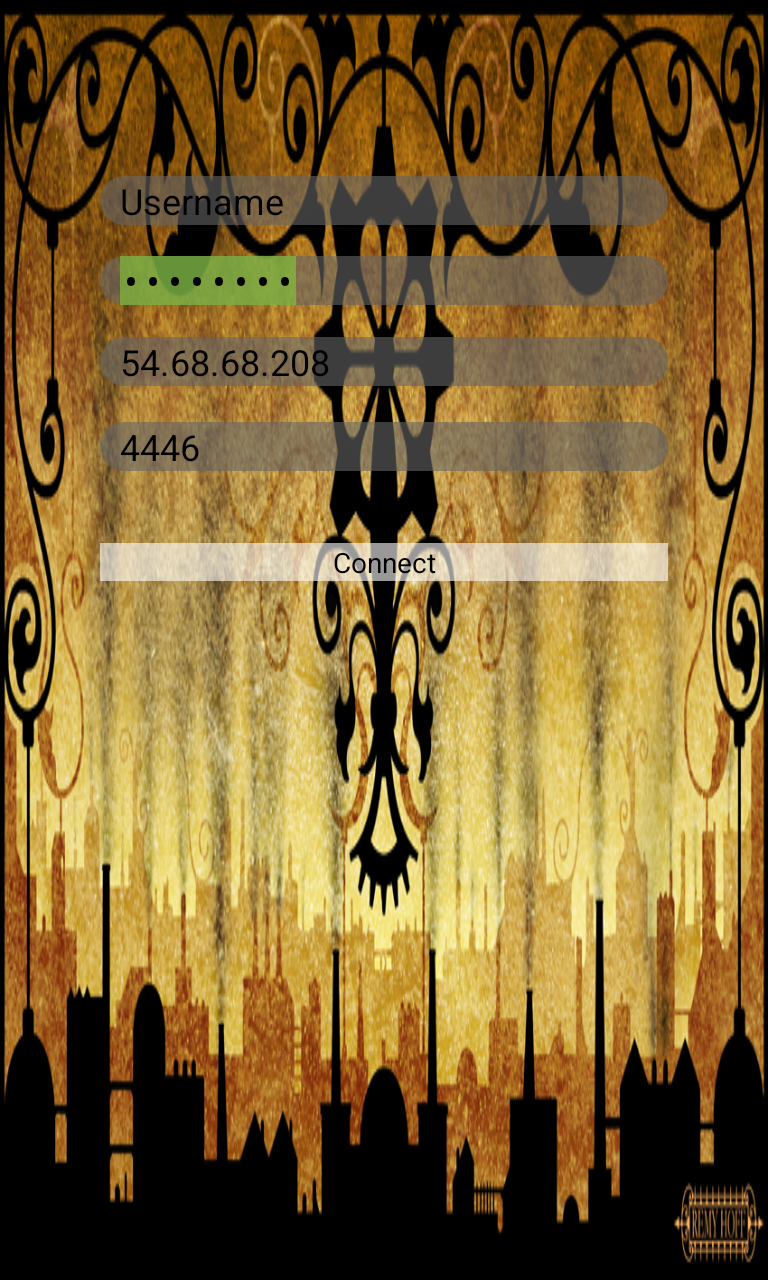
Repository: jkrepps/CSCE-482
Layout: Mobile Client (eclipse)/Industry of Deciet/res/layout/mains.xml
An editor plug-in stored every save of this project. The layout is shown before and after the next save, followed by the edit.
It is drawn on a 768 x 1280 px phone screen (xhdpi) without system bars, with theme AppTheme; the app's code is not run.

Above is the layout before, as saved 2014-12-03 10:52:52.

### Mobile Client (eclipse)/Industry of Deciet/res/layout/mains.xml
<?xml version="1.0" encoding="utf-8"?>
<FrameLayout xmlns:android="http://schemas.android.com/apk/res/android"
    android:layout_width="match_parent"
    android:layout_height="match_parent"
    android:background="@drawable/background_opening"
    android:theme="@android:style/Theme.NoTitleBar"
    >

    <!-- android:background="#0099cc"
         The primary full-screen view. This can be replaced with whatever view
         is needed to present your content, e.g. VideoView, SurfaceView,
         TextureView, etc.

    -->

    <!--
         This FrameLayout insets its children based on system windows using
         android:fitsSystemWindows.
    -->

    <RelativeLayout
        android:layout_width="match_parent"
        android:layout_height="match_parent"
        android:paddingLeft="50dp"
        android:paddingRight="50dp" >

        <EditText
            android:id="@+id/editText3"
            android:layout_width="match_parent"
            android:layout_height="wrap_content"
            android:layout_alignParentLeft="true"
            android:layout_below="@+id/editText2"
            android:layout_marginTop="16dp"
            android:background="@drawable/roundededittext"
            android:ems="10"
            android:inputType="textPersonName"
            android:paddingLeft="10dp"
            android:text="@string/IP"
            android:textColor="#FF000000" />

        <EditText
            android:id="@+id/editText4"
            android:layout_width="match_parent"
            android:layout_height="wrap_content"
            android:layout_alignParentLeft="true"
            android:layout_below="@+id/editText3"
            android:layout_marginTop="18dp"
            android:background="@drawable/roundededittext"
            android:ems="10"
            android:inputType="textPersonName"
            android:paddingLeft="10dp"
            android:text="@string/Port"
            android:textColor="#FF000000" />

        <EditText
            android:id="@+id/editText2"
            android:layout_width="match_parent"
            android:layout_height="wrap_content"
            android:layout_alignParentLeft="true"
            android:layout_alignParentTop="true"
            android:layout_marginTop="128dp"
            android:background="@drawable/roundededittext"
            android:ems="10"
            android:inputType="textPassword"
            android:paddingLeft="10dp"
            android:selectAllOnFocus="true"
            android:text="Password"
            android:textColor="#FF000000" >

            <requestFocus />
        </EditText>

        <Button
            android:id="@+id/button1"
            android:layout_width="match_parent"
            android:layout_height="wrap_content"
            android:layout_alignParentLeft="true"
            android:layout_below="@+id/editText4"
            android:layout_marginTop="36dp"
            android:background="#99FFFFFF"
            android:text="@string/button_main_menu"
            android:textColor="#FF000000" />

        <EditText
            android:id="@+id/editText1"
            android:layout_width="match_parent"
            android:layout_height="wrap_content"
            android:layout_alignBottom="@+id/editText2"
            android:layout_alignParentLeft="true"
            android:layout_marginBottom="40dp"
            android:background="@drawable/roundededittext"
            android:ems="10"
            android:inputType="textPersonName"
            android:paddingLeft="10dp"
            android:selectAllOnFocus="true"
            android:text="Username"
            android:textColor="#FF000000" />

    </RelativeLayout>

</FrameLayout>

### Mobile Client (eclipse)/Industry of Deciet/res/drawable-hdpi/roundededittext.xml
<?xml version="1.0" encoding="utf-8"?>
<!--  res/drawable/rounded_edittext.xml -->
<shape xmlns:android="http://schemas.android.com/apk/res/android"
android:shape="rectangle" android:padding="10dp">
 <solid android:color="#99676767"/>
    <corners
     android:bottomRightRadius="15dp"
     android:bottomLeftRadius="15dp"
  android:topLeftRadius="15dp"
  android:topRightRadius="15dp"/>
</shape>

### Mobile Client (eclipse)/Industry of Deciet/res/values/strings.xml
<?xml version="1.0" encoding="utf-8"?>
<resources>

    <string name="app_name">Industry of Deceit</string>
    <string name="dummy_button">Dummy Button</string>
    <string name="dummy_content">DUMMY\nCONTENT</string>
    <string name="hello_world">Hello world!</string>
    <string name="userText">Enter Text </string>
    <string name="menu_settings">Settings</string>
    <string name="username">yo</string>
    <string name="password">hihi</string>
    <string name="IP">54.68.68.208 </string>
    <string name="Port">4446 </string>
    <string name="button_main_menu">Connect</string>
    <string name="Centered"></string>

</resources>

Loaded but not shown: Mobile Client (eclipse)/Industry of Deciet/res/values/styles.xml (common file); Mobile Client (eclipse)/Industry of Deciet/res/values-v11/styles.xml (common file); Mobile Client (eclipse)/Industry of Deciet/res/values-v14/styles.xml (common file)

After the next save:
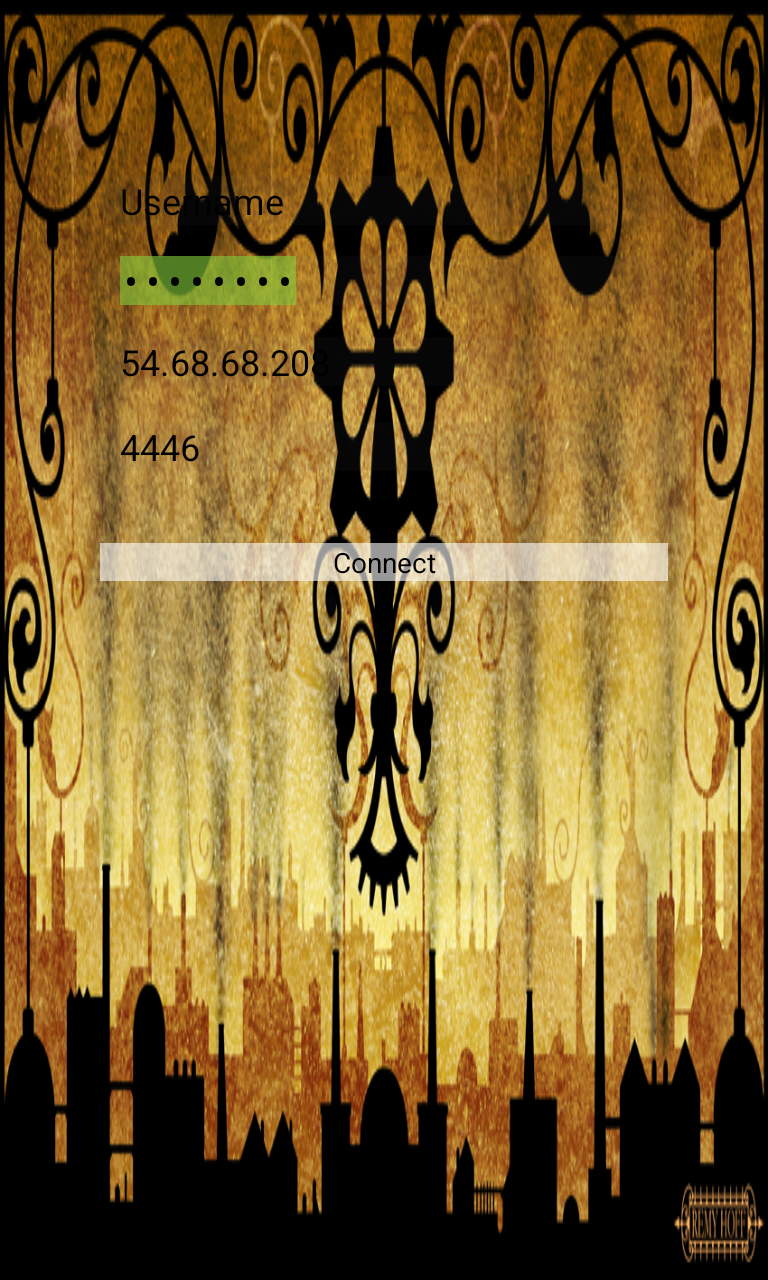
Saved 10 s later.
--- a/Mobile Client (eclipse)/Industry of Deciet/res/drawable-hdpi/roundededittext.xml
+++ b/Mobile Client (eclipse)/Industry of Deciet/res/drawable-hdpi/roundededittext.xml
@@ -2,7 +2,7 @@
 <!--  res/drawable/rounded_edittext.xml -->
 <shape xmlns:android="http://schemas.android.com/apk/res/android"
 android:shape="rectangle" android:padding="10dp">
- <solid android:color="#99676767"/>
+ <solid android:color="#10676767"/>
     <corners
      android:bottomRightRadius="15dp"
      android:bottomLeftRadius="15dp"

After the save that followed:
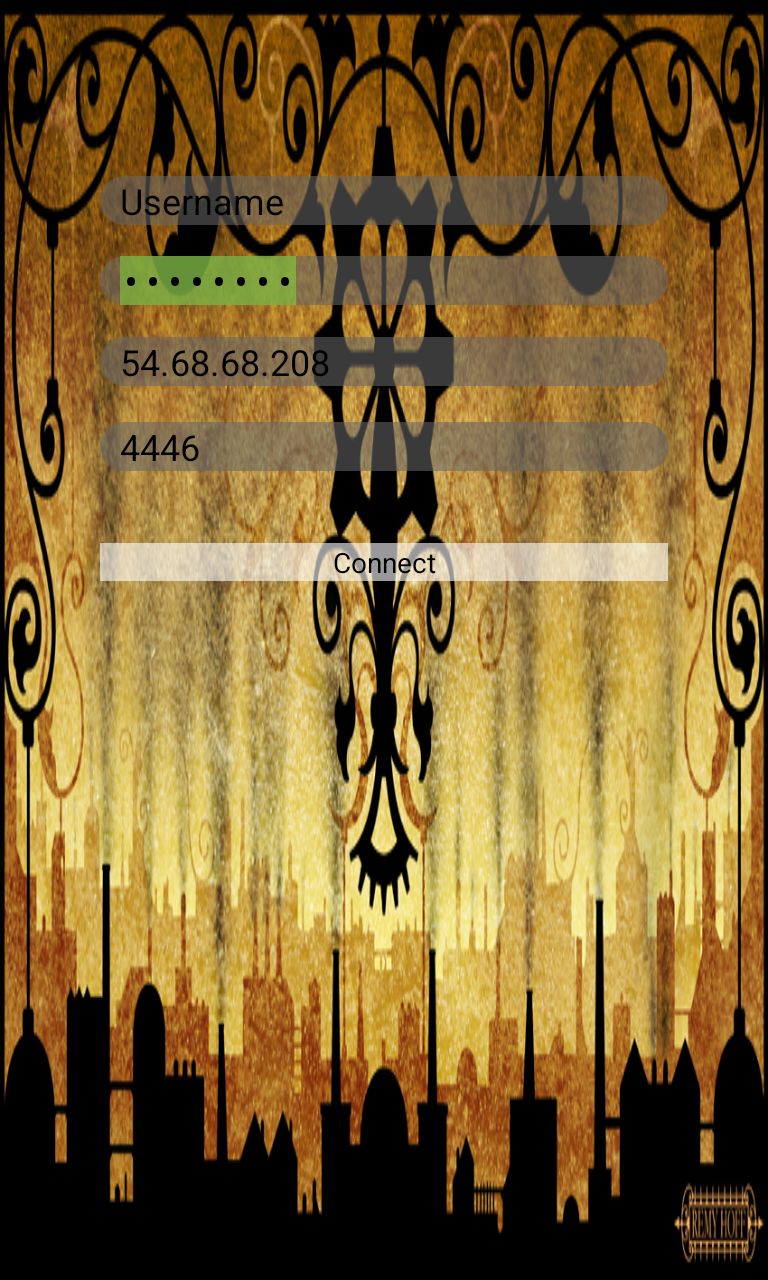
Saved 9 s later.
--- a/Mobile Client (eclipse)/Industry of Deciet/res/drawable-hdpi/roundededittext.xml
+++ b/Mobile Client (eclipse)/Industry of Deciet/res/drawable-hdpi/roundededittext.xml
@@ -2,7 +2,7 @@
 <!--  res/drawable/rounded_edittext.xml -->
 <shape xmlns:android="http://schemas.android.com/apk/res/android"
 android:shape="rectangle" android:padding="10dp">
- <solid android:color="#10676767"/>
+ <solid android:color="#90676767"/>
     <corners
      android:bottomRightRadius="15dp"
      android:bottomLeftRadius="15dp"
